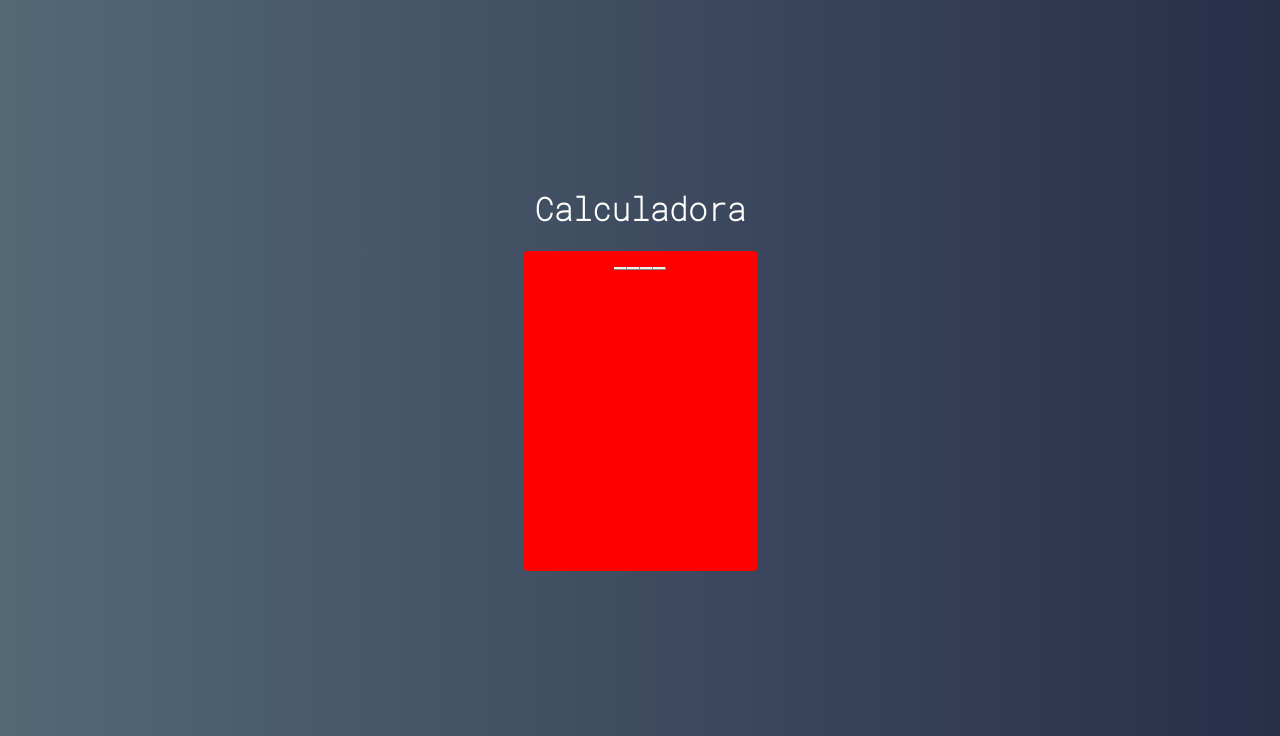
Repository: jean-siqueira/react-calculadora
Page: /
An editor plug-in stored every save of this project. The page is shown before and after the next save, followed by the edit.
The browser window is 1280 px wide. The pictures show the whole page.
The project was rebuilt for these pictures with package versions that can differ from the ones it lists, and the page was loaded fresh each time.

Above is the page before, as saved 2023-03-25 12:21:10.

### src/index.js
import React from "react";
import ReactDOM from "react-dom/client";
import "./index.css";
import Calculator from "./main/Calculator";
import reportWebVitals from "./reportWebVitals";

const root = ReactDOM.createRoot(document.getElementById("root"));
root.render(
  <React.StrictMode>
    <div>
      <h1>Calculadora</h1>
      <Calculator />
    </div>
  </React.StrictMode>
);

// If you want to start measuring performance in your app, pass a function
// to log results (for example: reportWebVitals(console.log))
// or send to an analytics endpoint. Learn more: https://bit.ly/CRA-vitals
reportWebVitals();

### src/index.css
@font-face {
  font-family: 'RobotoMono';
  src: url('./fonts/RobotoMono-Thin.ttf');
}

* {
  font-family: 'RobotoMono', monospace;
}

body {
  display: flex;
  height: 100vh;
  justify-content: center;
  align-items: center;
  text-align: center;
  color: #fff;
  background: linear-gradient(to right, rgb(83, 105, 118), rgb(41, 46, 73));
}

### src/main/Calculator.jsx
import React, {Component} from "react";
import './Calculator.css'
import Button from "../components/Button";

export default class Calculator extends Component {

    render() {
        return (
            <div className="calculator">
                <Button />
                <Button />
                <Button />
                <Button />
            </div>
        )
    }

}

### src/components/Button.jsx
import React from "react";
import './Button.css'

export default props =>
    <button className="button">{props.label}</button>

### src/components/Button.css
:root {
    --bg-button: #f0f0f0;
    --border-button: solid 1px #888
}

.button {
    font-size: 1.4em;
    background-color: var(--bg-button);
    border: none;
    border-right: var(--border-button);
    border-bottom: var(--border-button);
    outline: none;
}

Loaded but not shown: public/index.html (common file); src/reportWebVitals.js (common file); src/main/Calculator.css (common file)

After the next save:
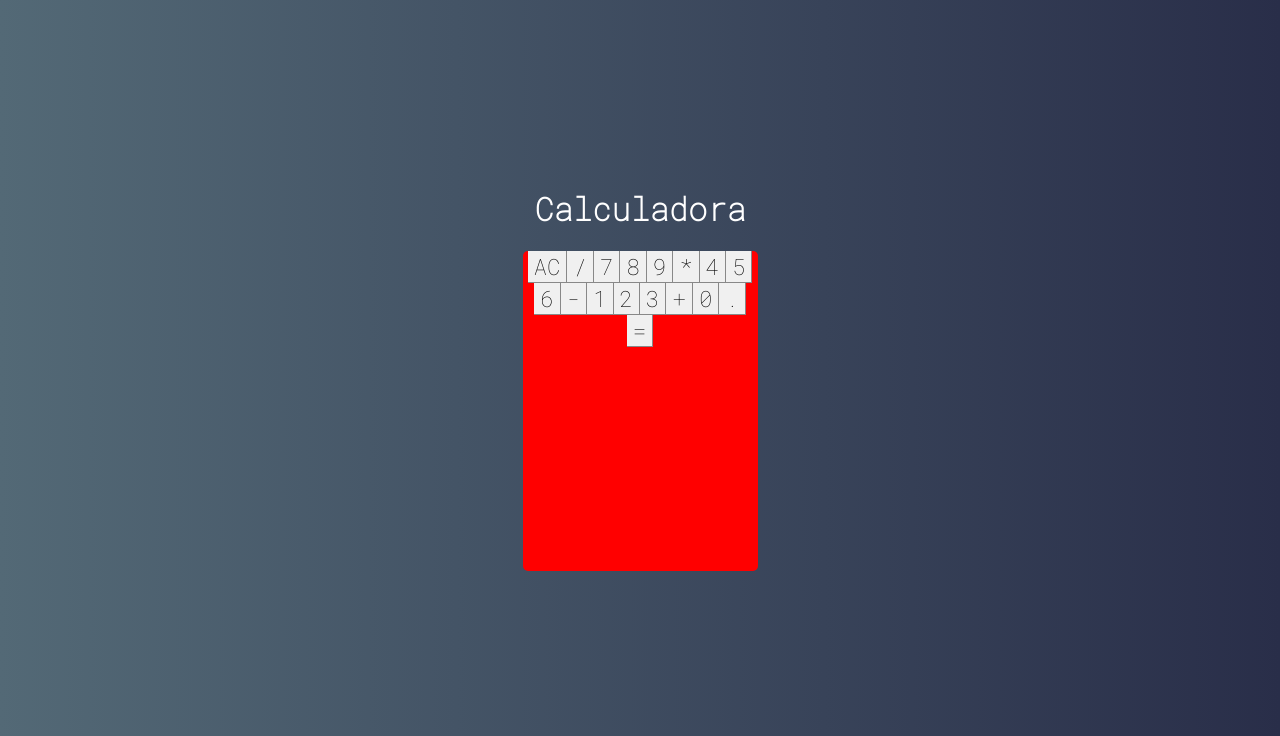
Saved 92 s later.
--- a/src/main/Calculator.jsx
+++ b/src/main/Calculator.jsx
@@ -7,10 +7,23 @@ export default class Calculator extends Component {
     render() {
         return (
             <div className="calculator">
-                <Button />
-                <Button />
-                <Button />
-                <Button />
+                <Button label="AC"/>
+                <Button label="/"/>
+                <Button label="7"/>
+                <Button label="8"/>
+                <Button label="9"/>
+                <Button label="*"/>
+                <Button label="4"/>
+                <Button label="5"/>
+                <Button label="6"/>
+                <Button label="-"/>
+                <Button label="1"/>
+                <Button label="2"/>
+                <Button label="3"/>
+                <Button label="+"/>
+                <Button label="0"/>
+                <Button label="."/>
+                <Button label="="/>
             </div>
         )
     }
